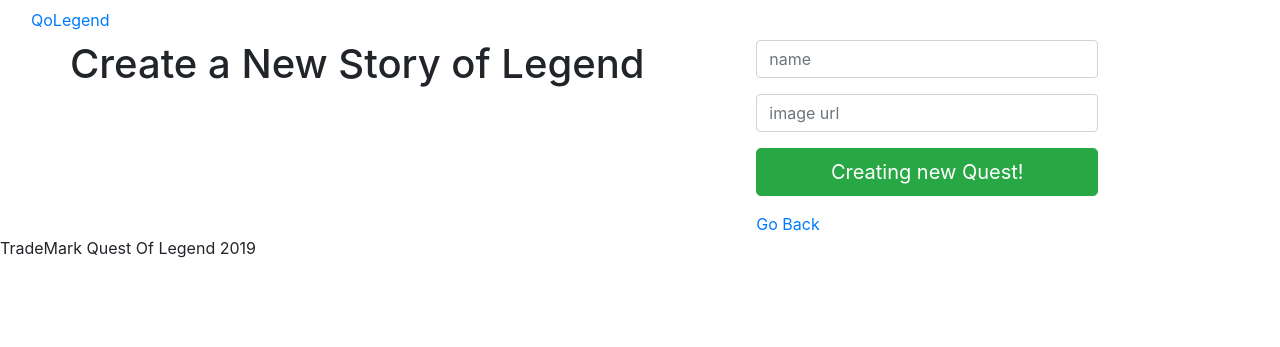
Repository: Hoangvo92/aws-program
Page: http://localhost/quests/new
The author's editor kept a record of every edit. The page is drawn from the files as they stood at one moment, then again after the next edit.
The browser window is 1280 px wide. The pictures show the whole page.
The page is served by the project's Node server (quests-of-legend/app.js).

Above is the page before.

### quests-of-legend/views/new.ejs
<% include partials/header %>
<div class="container">
    <div class="row">
        <h1 style="text-align: center;">Create a New Story of Legend</h1>
        <div style="width: 30%; margin: 0 auto">
          <form action="/quests" method="POST">
              <div class="form-group">
                  <input class="form-control" type="text" name="name" placeholder="name">
              </div>
              <div class="form-group">
                 <input class="form-control" type="text" name="image" placeholder="image url">
              </div>
              <div class="form-group">
                  <button class="btn btn-lg btn-success btn-block">Creating new Quest!</button>
              </div>
          </form>
          <a href="/quests"> Go Back</a>
        </div>
    </div>
</div>

<% include partials/footer %>

### quests-of-legend/views/partials/header.ejs
<!DOCTYPE html>
<html>
    <head>
        <title>Quests Of Legend</title>
        <link rel="stylesheet" href="https://stackpath.bootstrapcdn.com/bootstrap/4.3.1/css/bootstrap.min.css">
        <script src="https://ajax.googleapis.com/ajax/libs/jquery/1.12.0/jquery.min.js"></script>
        <script src="https://stackpath.bootstrapcdn.com/bootstrap/4.3.1/js/bootstrap.min.js" integrity="sha384-JjSmVgyd0p3pXB1rRibZUAYoIIy6OrQ6VrjIEaFf/nJGzIxFDsf4x0xIM+B07jRM" crossorigin="anonymous"></script>
        <script src="https://stackpath.bootstrapcdn.com/bootstrap/4.3.1/js/bootstrap.bundle.min.js" integrity="sha384-xrRywqdh3PHs8keKZN+8zzc5TX0GRTLCcmivcbNJWm2rs5C8PRhcEn3czEjhAO9o" crossorigin="anonymous"></script>
    </head>
    <body>
       <nav class="navbar navbar-default">
            <div class="container-fluid">
                <div class="navbar-header">
                   <a class="nabar-brand" href="/">QoLegend</a>
                </div>
                <div class="collapse navbar-collapse">
                   <ul class ="nav navbar-nav navbar-right">
                      <li><a href="/">Login</a></li>
                      <li><a href="/">Sign Up</a></li>
                      <li><a href="/">logout</a></li>
                    </ul>
                </div>
            </div>
        </nav>

### quests-of-legend/views/partials/footer.ejs
    <p>TradeMark Quest Of Legend 2019</p>
    </body>
</html>

### quests-of-legend/app.js
var express = require("express");
var app = express();
var bodyParser = require("body-parser");

app.use(bodyParser.urlencoded({extended: true}));
app.set("view engine", "ejs");

var stories =  [
         {name: "Seal Of Star", image: "https://vignette.wikia.nocookie.net/saintseiya/images/4/49/Zeus_with_Kamui.jpg/revision/latest?cb=20121209212744"},
         {name: "Return of Chicken", image: "https://comicvine1.cbsistatic.com/uploads/original/11133/111330079/6530318-saigafurinji1.png"},
         {name: "Betrayal and Broken Heart", image: "https://www.anime-planet.com/images/manga/covers/masca-2560.jpg?t=1495142357"}
];

app.get("/", function(red, res){
   res.render("landing");
});
//show all quests- first restful route
app.get("/quests", function(req, res){


    res.render("quests", {quests: stories});
});

app.post("/quests", function(req, res){
    //get data from form and add to quests array
    var name = req.body.name;
    var image = req.body.image;
    var newQuest = {name: name, image: image};
    stories.push(newQuest);
    //redirect back to quests page
    res.redirect("/quests");
});

app.get("/quests/new", function(req, res){
    res.render("new.ejs");
});

app.listen(process.env.PORT, process.env.IP, function(){
    console.log("Stories server has started!");
});

After the next edit:
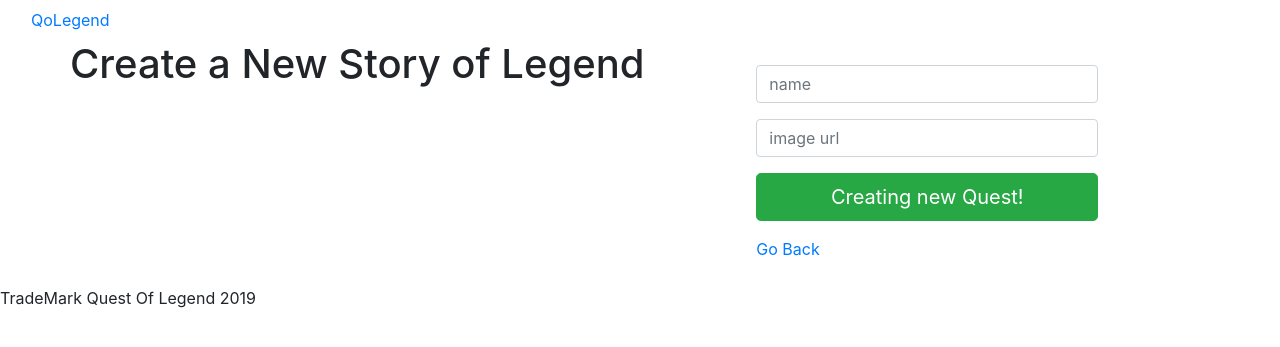
The edit:
--- a/quests-of-legend/views/new.ejs
+++ b/quests-of-legend/views/new.ejs
@@ -2,7 +2,7 @@
 <div class="container">
     <div class="row">
         <h1 style="text-align: center;">Create a New Story of Legend</h1>
-        <div style="width: 30%; margin: 0 auto">
+        <div style="width: 30%; margin: 25px auto">
           <form action="/quests" method="POST">
               <div class="form-group">
                   <input class="form-control" type="text" name="name" placeholder="name">
